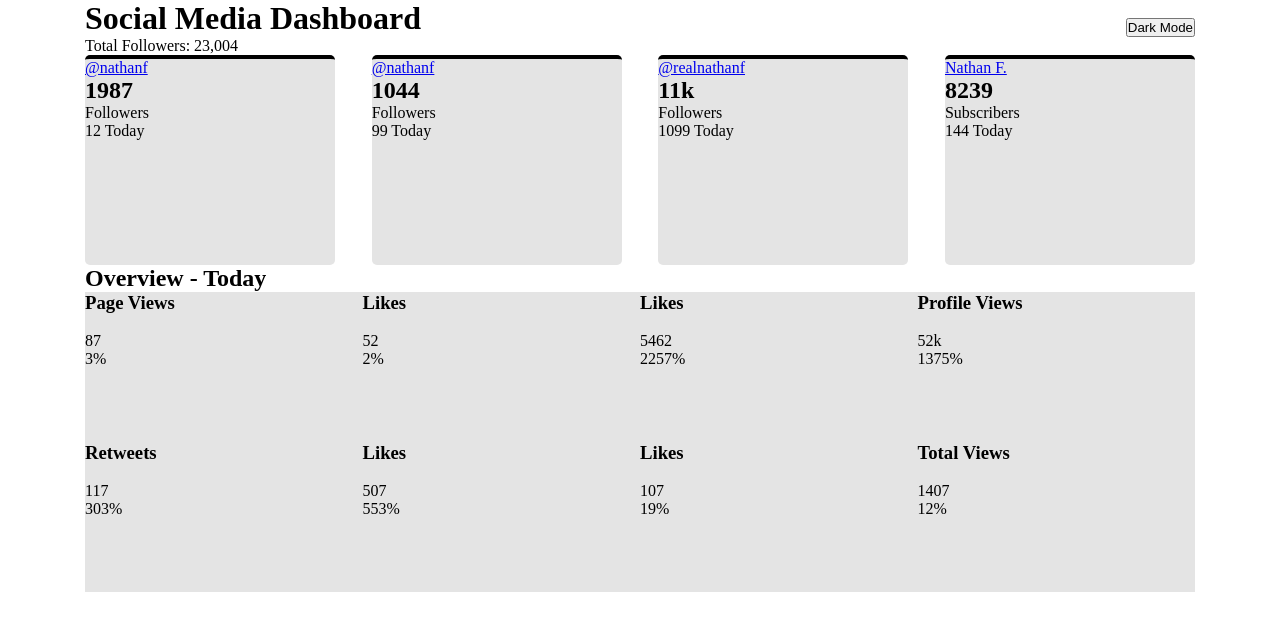
Repository: mamulini/social-media-dashboard-with-theme-switcher-master
Page: index.html
An editor plug-in stored every save of this project. The page is shown before and after the next save, followed by the edit.
The browser window is 1280 px wide. The pictures show the whole page.

Above is the page before, as saved 2020-04-06 12:50:12.

After the next save:
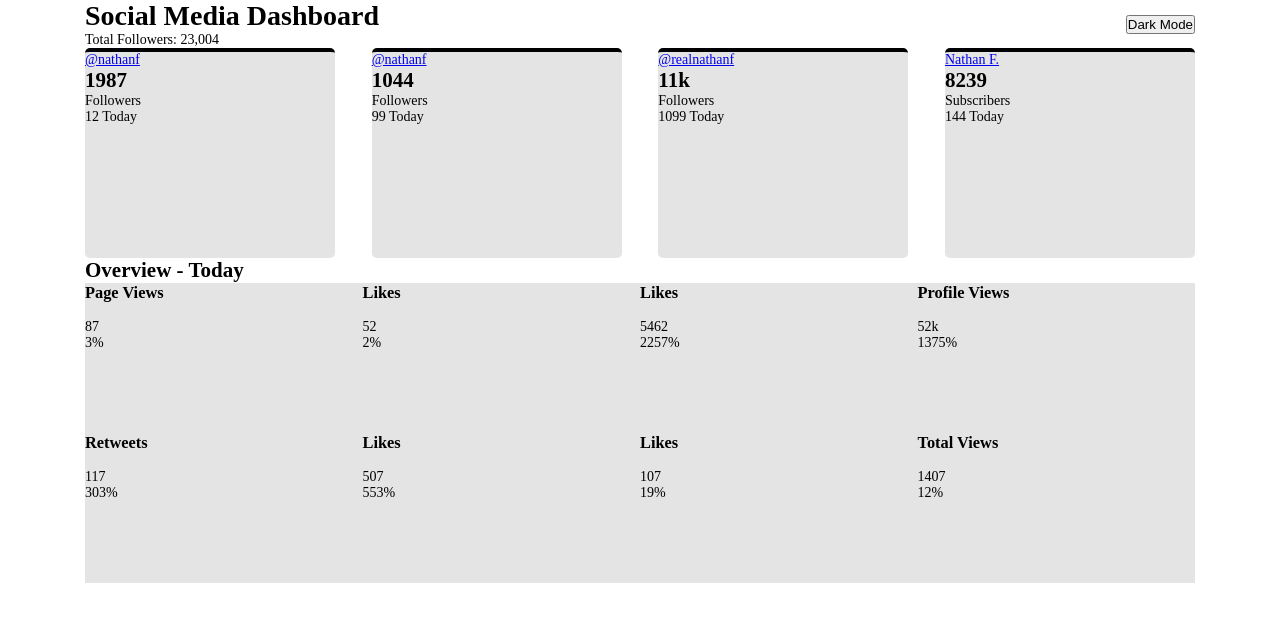
Saved 18 s later.
--- a/css/style.css
+++ b/css/style.css
@@ -5,7 +5,7 @@
 }
 
 body{
-
+    font-size: 14px;
 }
 
 .container{
